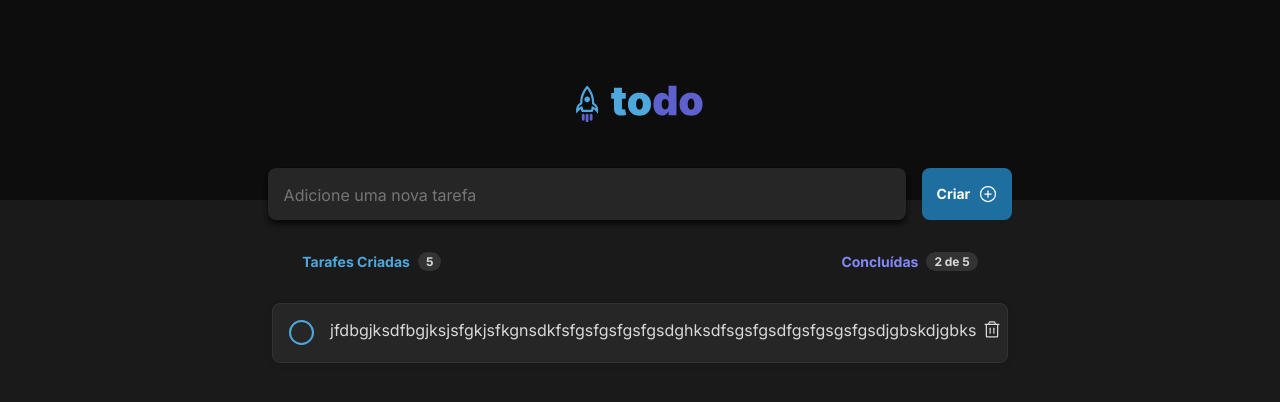
Repository: guilhermecardoso93/todolistreact
Page: /
These files come from the project's save history. The page is drawn as it stood at one moment and after the next save; the edit follows.
The browser window is 1280 px wide. The pictures show the whole page.
The project was rebuilt for these pictures with package versions that can differ from the ones it lists, and the page was loaded fresh each time. Also part of the build but not shown: vite.config.ts.

Above is the page before, as saved 2022-07-04 23:16:29.

After the next save:
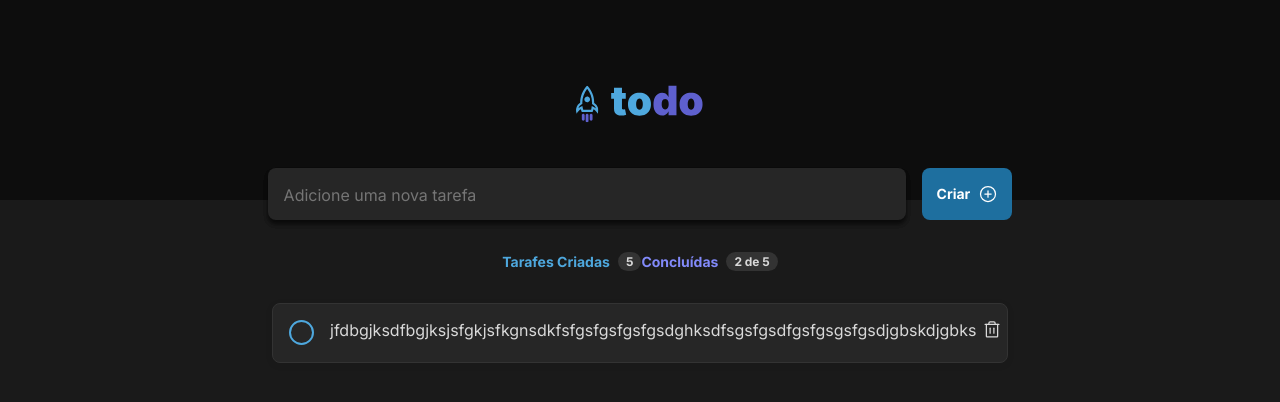
Saved 26 s later.
--- a/src/Tasks.module.css
+++ b/src/Tasks.module.css
@@ -18,8 +18,6 @@
   display: flex;
   align-itens: center;
   justify-content: space-between;
-  gap: 25rem;
-  margin: auto;
 }
 
 .titlesMake,
